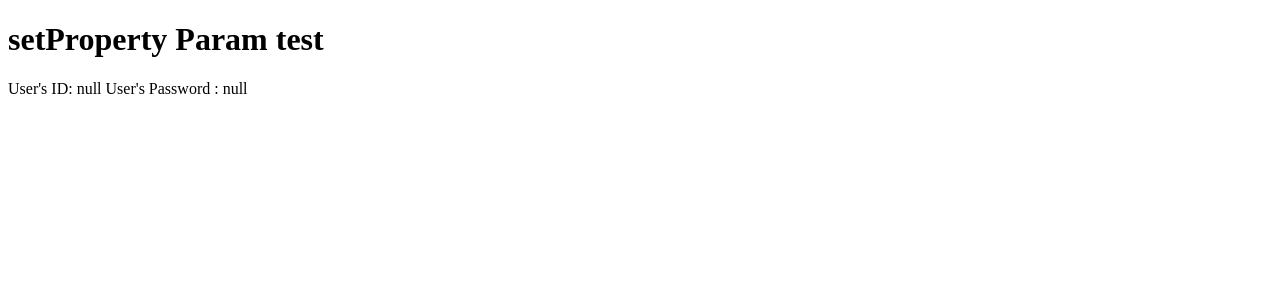
Repository: jb7959/struts_jsp_study
Page: http://localhost/08Chapter_useBean/useBeanParam.jsp
These files come from the project's save history. The page is drawn as it stood at one moment and after the next save; the edit follows.
The browser window is 1280 px wide. The pictures show the whole page.
The page is served by Tomcat 9.

Above is the page before, as saved 2015-10-01 09:09:57.

After the next save:
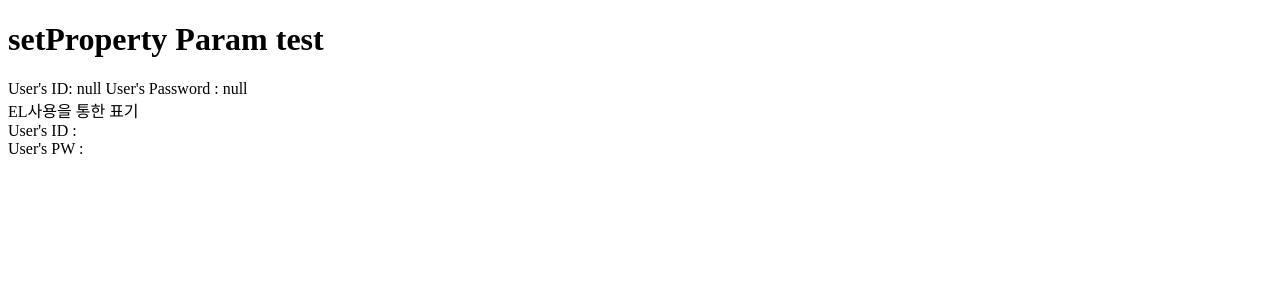
Saved 3 days later.
--- a/08Chapter_useBean/WebContent/useBeanParam.jsp
+++ b/08Chapter_useBean/WebContent/useBeanParam.jsp
@@ -18,5 +18,11 @@
 	User's ID: <jsp:getProperty property="userid" name="myBean"/> <!--<%= myBean.getUserid() %>  -->
 	User's Password :  <jsp:getProperty property="passwd" name="myBean"/> <!-- <%= myBean.getPasswd() %>  -->
 
+	<br>EL사용을 통한 표기<br>
+
+	User's ID : ${myBean.userid}<br>
+	User's PW : ${myBean.passwd}<br>
+
+
 </body>
 </html>
